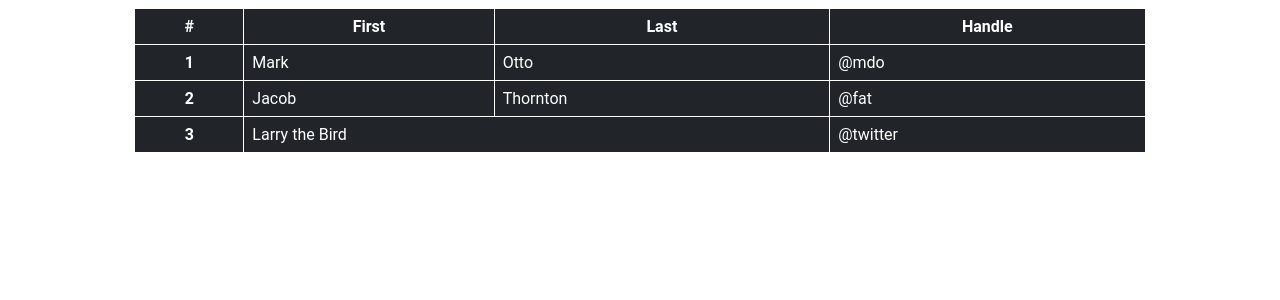
Repository: ThuatDev/BTVN_FE_JUNE
Page: index.html
These files come from the project's save history. The page is drawn as it stood at one moment and after the next save; the edit follows.
The browser window is 1280 px wide. The pictures show the whole page.

Above is the page before, as saved 2023-08-02 15:23:57.

### index.html
<!DOCTYPE html>
<html lang="en">
  <head>
    <meta charset="UTF-8" />
    <meta name="viewport" content="width=device-width, initial-scale=1.0" />
    <!-- <link
      href="https://cdn.jsdelivr.net/npm/bootstrap@5.0.2/dist/css/bootstrap.min.css"
      rel="stylesheet"
    /> -->
    <title>Document</title>
    <style>
      .bg-dark {
        background-color: #212529;
      }
      .text-white {
        color: #fff;
      }
      .table th,
      .table td {
        border: 1px solid #fff;
      }
      .table {
        font-family: "Roboto", sans-serif;
        font-size: 16px;
        font-weight: normal;
      }
      .table th {
        font-weight: bold;
      }
      .table {
        border-collapse: collapse;
      }
      /* Bao bọc bảng trong một container để sử dụng flexbox */
      .table-container {
        display: flex;
        justify-content: center; /* Căn giữa bảng trong màn hình */
      }

      /* Áp dụng chiều rộng 80% cho bảng */
      .table {
        width: 80%;
        font-family: "Roboto", sans-serif;
        font-size: 16px;
        font-weight: normal;
        background-color: #212529;
        color: #fff;
        border-collapse: collapse;
      }
      .table th,
      .table td {
        border: 1px solid #fff;
        padding: 8px;
      }

      .table thead th {
        padding: 8px;
      }
    </style>
  </head>
  <body>
    <div class="table-container">
      <table class="table text-white table-bordered bg-dark">
        <thead>
          <tr>
            <th scope="col">#</th>
            <th scope="col">First</th>
            <th scope="col">Last</th>
            <th scope="col">Handle</th>
          </tr>
        </thead>
        <tbody>
          <tr>
            <th scope="row">1</th>
            <td>Mark</td>
            <td>Otto</td>
            <td>@mdo</td>
          </tr>
          <tr>
            <th scope="row">2</th>
            <td>Jacob</td>
            <td>Thornton</td>
            <td>@fat</td>
          </tr>
          <tr>
            <th scope="row">3</th>
            <td colspan="2">Larry the Bird</td>
            <td>@twitter</td>
          </tr>
        </tbody>
      </table>
    </div>
  </body>
</html>

After the next save:
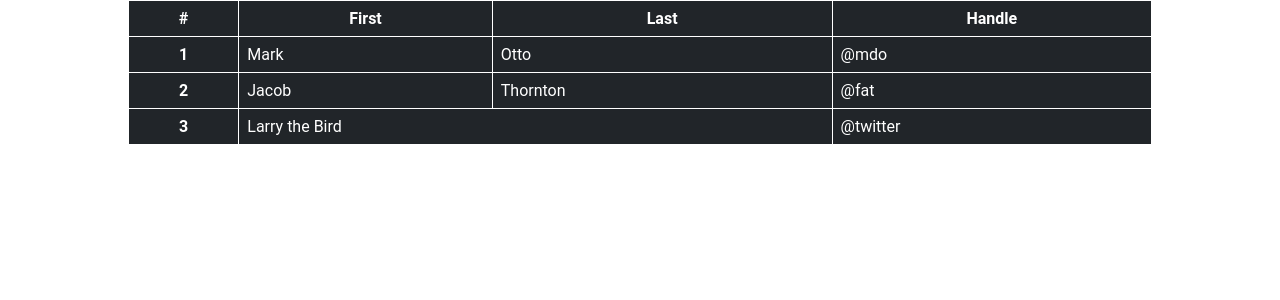
Saved 89 s later.
--- a/index.html
+++ b/index.html
@@ -9,27 +9,50 @@
     /> -->
     <title>Document</title>
     <style>
+      /* Reset CSS cho tất cả các phần tử */
+      * {
+        margin: 0;
+        padding: 0;
+        box-sizing: border-box;
+      }
+
+      /* Đặt màu nền và màu chữ cho bảng */
       .bg-dark {
         background-color: #212529;
       }
       .text-white {
         color: #fff;
       }
-      .table th,
-      .table td {
-        border: 1px solid #fff;
-      }
+
+      /* Đặt font và kích thước chữ cho bảng */
       .table {
         font-family: "Roboto", sans-serif;
         font-size: 16px;
         font-weight: normal;
       }
+
+      /* Áp dụng font-weight "bold" cho các thẻ <th> */
       .table th {
         font-weight: bold;
       }
+
+      /* Đặt border cho bảng */
       .table {
         border-collapse: collapse;
       }
+
+      /* Đặt border và padding cho thẻ <th> và <td> */
+      .table th,
+      .table td {
+        border: 1px solid #fff;
+        padding: 8px;
+      }
+
+      /* Đặt padding cho thẻ <th> trong thead */
+      .table thead th {
+        padding: 8px;
+      }
+
       /* Bao bọc bảng trong một container để sử dụng flexbox */
       .table-container {
         display: flex;
@@ -39,21 +62,6 @@
       /* Áp dụng chiều rộng 80% cho bảng */
       .table {
         width: 80%;
-        font-family: "Roboto", sans-serif;
-        font-size: 16px;
-        font-weight: normal;
-        background-color: #212529;
-        color: #fff;
-        border-collapse: collapse;
-      }
-      .table th,
-      .table td {
-        border: 1px solid #fff;
-        padding: 8px;
-      }
-
-      .table thead th {
-        padding: 8px;
       }
     </style>
   </head>
